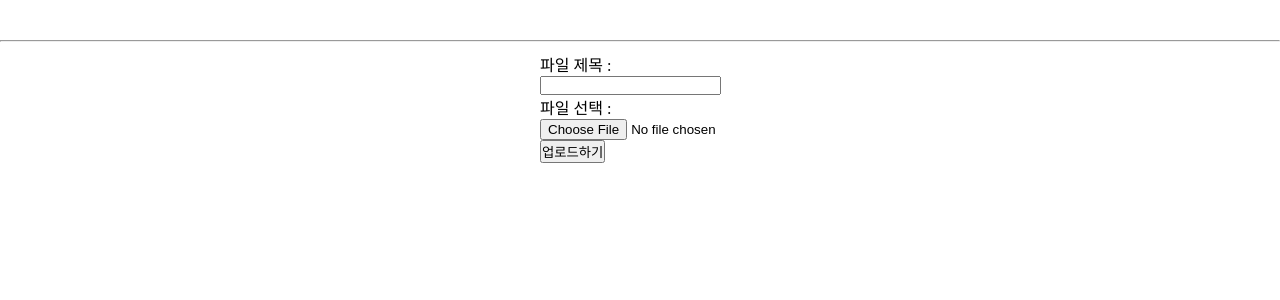
Repository: hyunh84/jsp_study
Page: http://localhost/Day07/j06_file01.jsp
An editor plug-in stored every save of this project. The page is shown before and after the next save, followed by the edit.
The browser window is 1280 px wide. The pictures show the whole page.
The page is served by Tomcat 9.

Above is the page before, as saved 2015-10-10 04:04:34.

After the next save:
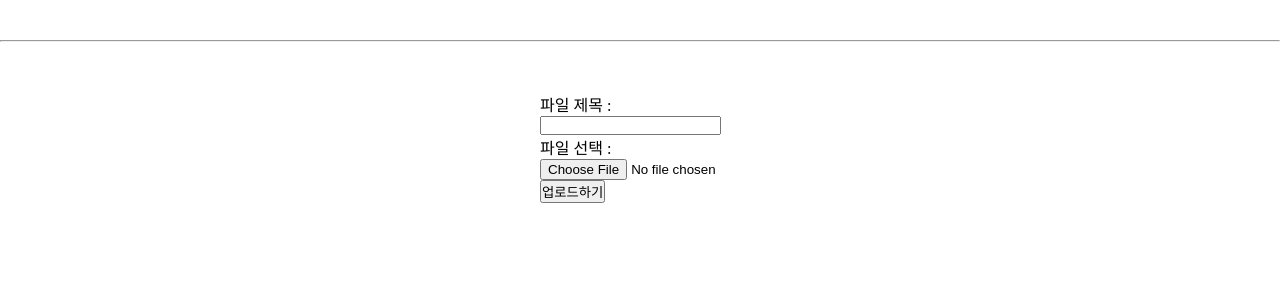
Saved 6 s later.
--- a/MyWorks/Day07/WebContent/j06_file01.jsp
+++ b/MyWorks/Day07/WebContent/j06_file01.jsp
@@ -31,7 +31,7 @@
 	--%>
 
 	<form action="/Day07/j06_file02.jsp" method="post" enctype="multipart/form-data">
-		<div style="width:200px; margin:10px auto;">
+		<div style="width:200px; margin:50px auto;">
 			파일 제목 : <input type="text" name="title" /><br />
 			파일 선택 : <input type="file" name="upfile" /><br />
 
